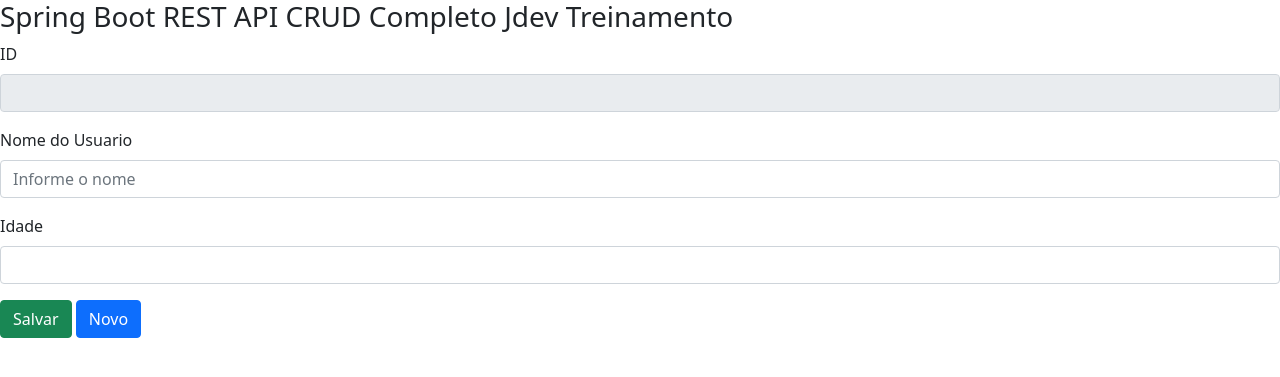
Repository: HallyssonKaynan/tccbancodedados
Page: eclipse-workspace/springboot-rest-api-sample/src/main/resources/static/index.html
An editor plug-in stored every save of this project. The page is shown before and after the next save, followed by the edit.
The browser window is 1280 px wide. The pictures show the whole page.

Above is the page before, as saved 2022-08-24 19:48:58.

### eclipse-workspace/springboot-rest-api-sample/src/main/resources/static/index.html
<!DOCTYPE html>
<html lang="en">
<head>
<meta charset="UTF-8">
<title>Insert title here</title>
</head>
<link href="https://cdn.jsdelivr.net/npm/bootstrap@5.0.2/dist/css/bootstrap.min.css" rel="stylesheet" integrity="sha384-EVSTQN3/azprG1Anm3QDgpJLIm9Nao0Yz1ztcQTwFspd3yD65VohhpuuCOmLASjC" crossorigin="anonymous">
<body>
<h3> Spring Boot REST API CRUD Completo Jdev Treinamento</h3>

<form action="" id= "formCadastroUser">

<div class="mb-3">
  <label for="id" class="form-label">ID</label>
  <input type="text" class="form-control" id="id" readonly="readonly">
</div>

<div class="mb-3">
  <label for="nome" class="form-label">Nome do Usuario</label>
  <input type="text" class="form-control" id="nome" placeholder="Informe o nome" required="required">
</div>

<div class="mb-3">
  <label for="idade" class="form-label">Idade</label>
  <input type="number" class="form-control" id="idade">
</div>

</form>

<button type="button" class="btn btn-success" onclick="salvarUsuario()">Salvar</button>
<button type="button" class="btn btn-primary" onclick="document.getElementById('formCadastroUser').reset();">Novo</button>
<script src="https://code.jquery.com/jquery-3.6.0.min.js" integrity="sha256-/xUj+3OJU5yExlq6GSYGSHk7tPXikynS7ogEvDej/m4=" crossorigin="anonymous"></script>

<script src="https://cdn.jsdelivr.net/npm/bootstrap@5.0.2/dist/js/bootstrap.bundle.min.js" integrity="sha384-MrcW6ZMFYlzcLA8Nl+NtUVF0sA7MsXsP1UyJoMp4YLEuNSfAP+JcXn/tWtIaxVXM" crossorigin="anonymous"></script>

<script type="text/javascript">
function salvarUsuario(){

     var id = $("#id").val();
     var nome = $("#nome").val();
     var idade = $("#idade").val();

     $.ajax({
    	 method: "POST",
    	 url: "salvar",
    	 data: JSON.stringify({id : id, nome : nome, idade : idade}),
    	 contentType: "application/json; charset=utf-8",
    	 success: function (response) {
    		 $("#id").val(response.id);
    		 alert("Gravou com sucesso")
    	 }
     }).fail(function (xhr, status, errorThrown) {
    	 alert("Erro ao salvar usuario: " + xhr.responseText);
     });
}
</script>
</body>
</html>

After the next save:
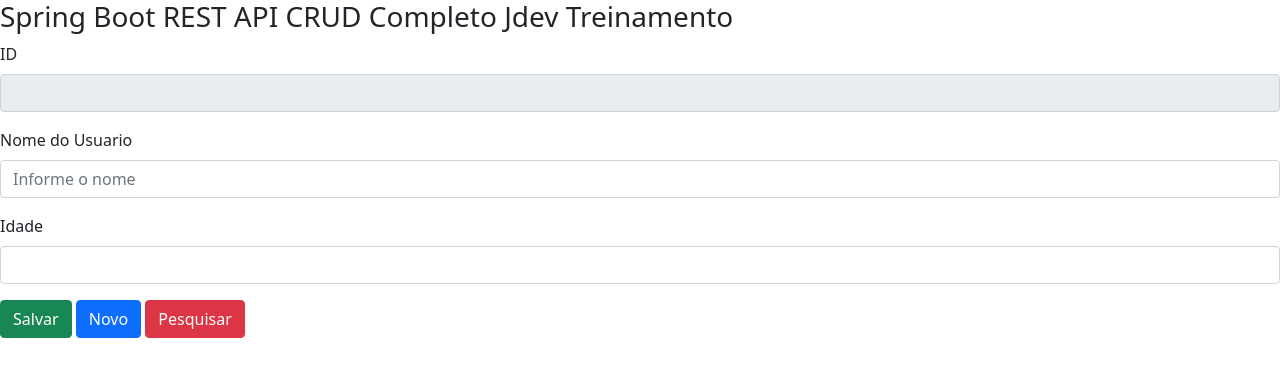
Saved 3 min 49 s later.
--- a/eclipse-workspace/springboot-rest-api-sample/src/main/resources/static/index.html
+++ b/eclipse-workspace/springboot-rest-api-sample/src/main/resources/static/index.html
@@ -29,6 +29,7 @@
 
 <button type="button" class="btn btn-success" onclick="salvarUsuario()">Salvar</button>
 <button type="button" class="btn btn-primary" onclick="document.getElementById('formCadastroUser').reset();">Novo</button>
+<button type="button" class="btn btn-danger">Pesquisar</button>
 <script src="https://code.jquery.com/jquery-3.6.0.min.js" integrity="sha256-/xUj+3OJU5yExlq6GSYGSHk7tPXikynS7ogEvDej/m4=" crossorigin="anonymous"></script>
 
 <script src="https://cdn.jsdelivr.net/npm/bootstrap@5.0.2/dist/js/bootstrap.bundle.min.js" integrity="sha384-MrcW6ZMFYlzcLA8Nl+NtUVF0sA7MsXsP1UyJoMp4YLEuNSfAP+JcXn/tWtIaxVXM" crossorigin="anonymous"></script>
